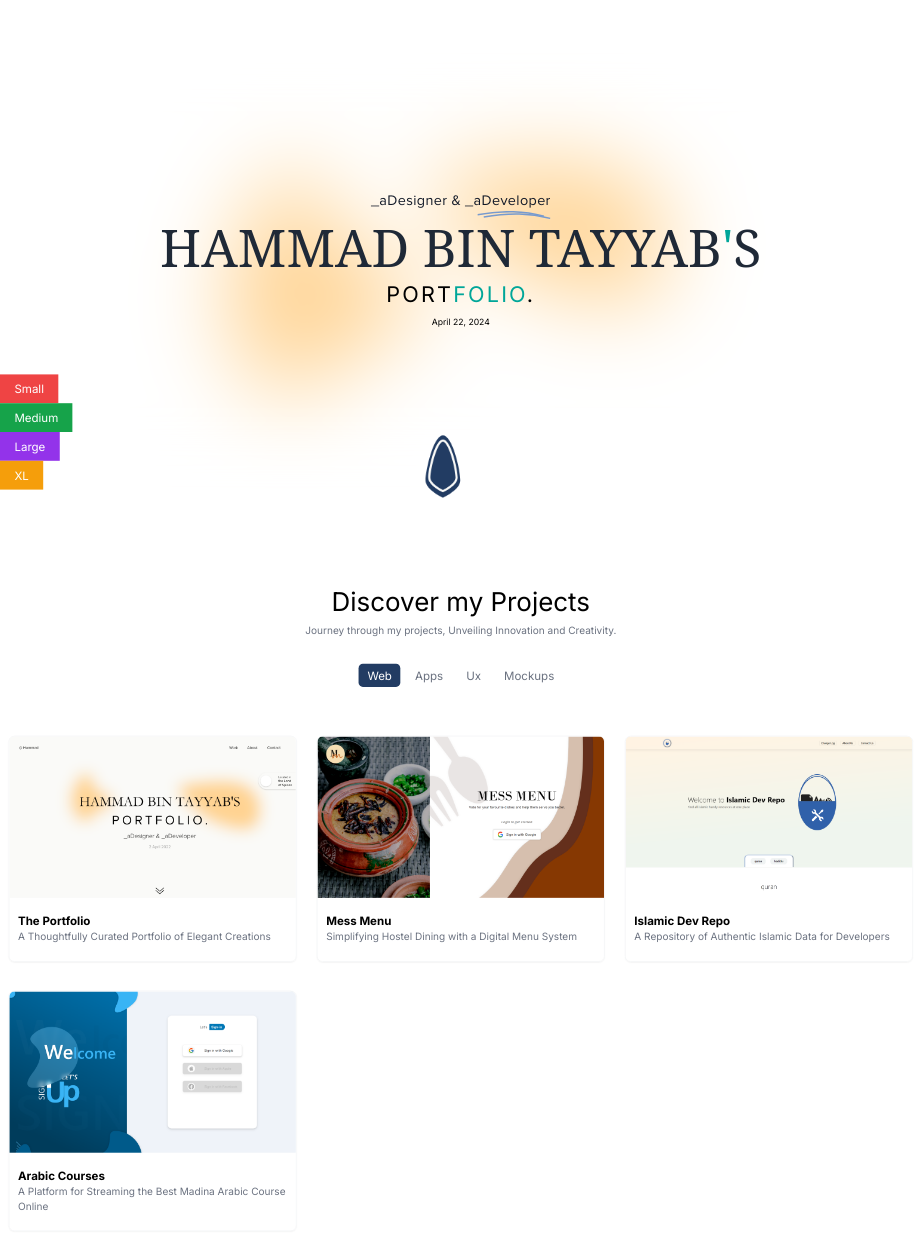
Repository: SpicierEwe/my_portfolio_v2
Page: /
These files come from the project's save history. The page is drawn as it stood at one moment and after the next save; the edit follows.
The browser window is 1280 px wide. The pictures show the whole page, at 72% of full size.
The project was rebuilt for these pictures with package versions that can differ from the ones it lists, and the page was loaded fresh each time. The framework's server and built-in components were replaced by stand-ins that run in the browser. Also part of the build but not shown: next.config.js, core/utils/customIcons.js, core/utils/utils.tsx, core/db/sub_db_data/ux_db.js.

Above is the page before, as saved 2024-04-22 12:44:11.

### app/page.tsx
import DevicePreview from "@/Components/Device_preview/device_preview";
import HeroSection from "@/Components/Hero_section/hero_section";
import WorkSection from "@/Components/Work_section/work_section";
import Image from "next/image";

export default function Home() {
  return (
    <main>
      <div className="absolute z-30 overflow-hidden bottom-0 ">
        <DevicePreview />
      </div>
      <div className="overflow-hidden">
        <HeroSection />
      </div>

      <WorkSection />
    </main>
  );
}

### app/globals.css
@layer base {

  @font-face {
    font-family: 'Garamond';
    src: url('../public/fonts/EBGaramond-VariableFont_wght.ttf');

  }

  @font-face {
    font-family: 'Proxima Nova';
    src: url('../public/fonts/MarkSimonsonProximaNovaRegular.otf');
    font-weight: normal;
    font-style: normal;
  }


  @font-face {
    font-family: "Rage";
    src: url("../public/fonts/rage.ttf");
  }
}

@tailwind base;
@tailwind components;
@tailwind utilities;

:root {
  --foreground-rgb: 0, 0, 0;
  --background-start-rgb: 214, 219, 220;
  --background-end-rgb: 255, 255, 255;

}

@media (prefers-color-scheme: dark) {
  :root {
    --foreground-rgb: 255, 255, 255;
    --background-start-rgb: 0, 0, 0;
    --background-end-rgb: 0, 0, 0;
  }
}

body {

  /* background: #F5F5F5; */
}

### Components/Device_preview/device_preview.tsx
"use client";

import { use, useEffect, useState } from "react";

export default function DevicePreview() {
  return (
    <main className="flex flex-col justify-end ">
      {/* xs */}
      <div className=" text-right ">
        <p className="xs:bg-brand-color w-min text-white px-5 py-2">XS</p>
      </div>
      {/* sm */}
      <div className=" text-right ">
        <p className="sm:bg-red-500 w-min text-white px-5 py-2">Small</p>
      </div>
      {/* md */}
      <div className=" text-right ">
        <p className="md:bg-green-600 w-min px-5 py-2 text-white">Medium</p>
      </div>
      {/* lg */}
      <div className=" text-right ">
        <p className="lg:bg-purple-600 w-min px-5 py-2 text-white">Large</p>
      </div>
      {/* xl */}
      <div className=" text-right ">
        <p className="xl:bg-amber-500 w-min px-5 py-2 text-white">XL</p>
      </div>
      {/* 2xl */}
      <div className=" text-right ">
        <p className="2xl:bg-cyan-600 w-min px-5 py-2 text-white">2XL</p>
      </div>
    </main>
  );
}

### Components/Hero_section/hero_section.tsx
import Image from "next/image";

export default function HeroSection() {
  const devName = "Hammad Bin Tayyab";

  return (
    <section className="w-screen h-dvh overflow-hidden relative">
      <div className="absolute backdrop-blur-2xl lg:backdrop-blur-3xl w-screen h-dvh"></div>
      <div className="absolute inset-0 -z-10 h-dvh items-center w-1/2 m-auto">
        <div className="flex justify-between items-center h-full ">
          <Image
            className="animate-levitate w-96"
            src={"/images/bgs/pattern_1.png"}
            alt="pattern image"
            height={115}
            width={115}
            priority={true}
          />

          <Image
            className="animate-levitate_reverse w-96"
            src={"/images/bgs/pattern_2.png"}
            alt="pattern image"
            height={125}
            width={125}
          />
        </div>
      </div>

      <div className="h-dvh flex flex-col items-center justify-center absolute inset-0">
        <div className="relative mb-3.5">
          <p className="font-custom_sans tracking-wide text-gray-900 text-md lg:text-xl">
            _aDesigner & _aDeveloper
          </p>

          {/* Underline image */}
          <svg
            className="right-0 absolute"
            xmlns="http://www.w3.org/2000/svg"
            width="101.479"
            height="11.258"
          >
            <g
              fill="none"
              stroke="#779ace"
              strokeWidth="2"
              data-name="Group 61"
            >
              <path
                d="M.178 5.277S26.342.564 49.428 1.045A191.867 191.867 0 0 1 92.52 7.201"
                data-name="Path 27"
              />
              <path
                d="M8.864 8.372s26.164-4.713 49.25-4.232a191.867 191.867 0 0 1 43.092 6.156"
                data-name="Path 28"
              />
            </g>
          </svg>
        </div>

        {/* Developer name */}
        <h1 className="font-garmond uppercase text-gray-800 text-3xl sm:text-5xl md:text-6xl xl:text-7xl xs:whitespace-wrap text-center">
          {devName}
          <span className="text-secondary-color">&apos;</span>s
        </h1>
        {/* Title */}
        <p className="uppercase tracking-widest text-2xl mt-2 lg:mt-3 lg:text-3xl">
          Port<span className="text-secondary-color">folio</span>.
        </p>
        {/* Date */}
        <p className="text-xs mt-3 lg:text-xs">{formatDate()}</p>
      </div>
      {/* Pointer image */}
      <Image
        className="absolute w-auto h-auto bottom-2 right-1/2 animate-bounce cursor-pointer"
        src={"/images/pointer.png"}
        height={15}
        width={15}
        alt="next section pointer"
      />
    </section>
  );

  // Date display function
  function formatDate(): string {
    const options: Intl.DateTimeFormatOptions = {
      day: "numeric",
      month: "long",
      year: "numeric",
    };
    return new Date().toLocaleDateString("en-US", options);
  }
}

### Components/Work_section/work_section.tsx
"use client";

import { db } from "../../core/db/db";
import Image from "next/image";
import Link from "next/link";
import { useState } from "react";

export default function WorkSection() {
  const navItems: string[] = Object.keys(db.portfolioItems);
  const [selectedNavItemIndex, setSelectedNavItemIndex] = useState<number>(0);
  return (
    <section className="">
      {/* header */}
      <header className="flex flex-col items-center pt-14 md:pt-24">
        <h2 className="text-center text-2xl md:text-3xl lg:text-4xl">
          Discover my Projects
        </h2>
        <p className="text-center text-sm mt-2.5 text-gray-500">
          Journey through my projects, Unveiling Innovation and Creativity.
        </p>
      </header>
      {/* nav */}
      <nav>
        <ul className="flex justify-center mt-9 gap-2 flex-wrap">
          {navItems.map((item, index) => {
            const isSelected: Boolean = selectedNavItemIndex == index;
            return (
              <li
                className={`${
                  isSelected ? "bg-brand-color" : ""
                } px-3 py-1 rounded-md cursor-pointer`}
                onClick={() => setSelectedNavItemIndex(index)}
                key={index}
              >
                <div
                  className={`${
                    isSelected ? "text-white" : "text-gray-500"
                  } capitalize`}
                >
                  {item}
                </div>
              </li>
            );
          })}
        </ul>
      </nav>

      <main>
        {/* projects */}
        <div className="grid grid-cols-1 sm:grid-cols-2 lg:grid-cols-3 gap-7 mt-14 px-3 py-3 sm:px-14 md:px-24">
          {(db.portfolioItems as any)[navItems[selectedNavItemIndex]].map(
            (item: any, index: number) => {
              const selectedNavItemName: string =
                navItems[selectedNavItemIndex];
              const projectName: string = item["projectName"];
              const imageLink: string = item["imageLink"];
              const tagLine = item["projectTagLine"];
              return (
                <div
                  key={index}
                  className="cursor-pointer shadow-sm rounded-lg overflow-hidden mb-3 border border-gray-100 hover:bg-gray-100 hover:border-gray-300
                  transition transform duration-300 ease-in-out"
                >
                  <Image
                    className="" // Group-based scaling
                    src={imageLink}
                    alt={projectName}
                    height={200}
                    width={200}
                    layout="responsive"
                  />
                  <div className="ml-3 mb-6 mt-5">
                    <p className="font-bold">{projectName}</p>
                    <p className="text-gray-500 text-sm">{tagLine}</p>
                  </div>
                </div>
              );
            }
          )}
        </div>
      </main>
    </section>
  );
}

### core/db/db.js
import { websitesDb } from "./sub_db_data/websites_db";
import { appsDb } from "./sub_db_data/apps_db";
import { uxDb } from "./sub_db_data/ux_db";
import { mockupsDb } from "./sub_db_data/mockups_db";

export const db = {
  portfolioItems: {
    web: websitesDb,
    apps: appsDb,
    ux: uxDb,
    mockups: mockupsDb,
  },
};

### core/db/sub_db_data/websites_db.js
import { embedCustomLinks } from "../../utils/utils";

export const websitesDb = [
  {
    projectName: "The Portfolio",
    projectId: "e2f9658b-f9bb-4d2c-ac8c-113a56d9204f",
    projectTagLine: "A Thoughtfully Curated Portfolio of Elegant Creations",
    link: "https://hammadtayyab.vercel.app/",
    imageLink: "/images/websites/my_portfolio.png",
    info: "This portfolio project showcases a minimalist design, highlighting my work and skills with clarity and finesse. The aim was to provide a seamless user experience and intuitive navigation, creating a comprehensive and sophisticated display of my professional journey.",
    roles: [
      "Data Analyst",
      "Designer",
      "Developer",
      "Maintainer",
      "Product Manager",
      "Tester/Quality Assurance",
      "Researcher",
      "DevOps Engineer",
      "Technical Writer",
      "Project Manager",
    ],
    techStack: [
      "NextJs",
      "React",
      "TypeScript",
      "TailwindCSS",
      "HTML",
      "CSS",
      "JavaScript",
      "Git",
      "Vercel",
    ],
  },
  {
    projectId: "566ec8d6-4d5d-4f22-9580-2c574f7122fb",
    projectName: "Mess Menu",
    projectTagLine: "Simplifying Hostel Dining with a Digital Menu System",
    link: "https://messmenu.vercel.app/",
    imageLink: "/images/websites/mess_menu.png",
    info: "This project streamlines the process of hostel dining by offering a digital menu system for students. Monthly menus are curated through community voting, allowing students to have a say in their dining options. Originating from a friend's final year project, the focus was on user-centric design and functionality, ensuring a seamless experience for all users.",
    roles: [
      "Data Analyst",
      "Designer",
      "Developer",
      "Maintainer",
      "Product Manager",
      "Tester/Quality Assurance",
      "Researcher",
      "DevOps Engineer",
      "Technical Writer",
      "Project Manager",
    ],
    techStack: [
      "NextJs",
      "React",
      "HTML",
      "CSS",
      "JavaScript",
      "Git",
      "Vercel",
      "Firebase",
      "Firebase Auth",
    ],
  },
  {
    projectId: "e3a52953-0a4d-43c3-b874-bd55925f6a7e",
    projectName: "Islamic Dev Repo",
    projectTagLine: "A Repository of Authentic Islamic Data for Developers",
    link: "https://islamic-dev-repo.vercel.app/",
    imageLink: "/images/websites/islamic_dev_repo.png",
    info: "This project offers developers a curated repository of reliable Islamic data that can be seamlessly integrated into various applications. With a focus on authenticity and compatibility across multiple devices, this repository provides a trustworthy source of information for developers working on Islamic-related projects.",
    roles: [
      "Data Analyst",
      "Designer",
      "Developer",
      "Maintainer",
      "Product Manager",
      "Tester/Quality Assurance",
      "Researcher",
      "DevOps Engineer",
      "Technical Writer",
      "Project Manager",
    ],
    techStack: [
      "NextJs",
      "React",
      "HTML",
      "CSS",
      "JavaScript",
      "Git",
      "Vercel",
      "Python",
    ],
  },
  {
    projectId: "87693335-b9d6-434c-8428-5d8266482050",
    projectName: "Arabic Courses",
    projectTagLine:
      "A Platform for Streaming the Best Madina Arabic Course Online",
    link: "https://arabiccourses.vercel.app/",
    imageLink: "/images/websites/arabic_courses.png",
    info: `The goal of this project was to establish an online platform for the popular Madina Arabic course, allowing users to stream videos from the cloud and track their progress. Initially, the videos were only available for download, but this platform offers a more convenient streaming experience. You can learn more about the course at ${embedCustomLinks(
      {
        link: "https://abdurrahman.org/arabic-learning/dvds/",
        title: "AbdurRahman.Org",
      }
    )}. Arabic Courses enhances accessibility and convenience for users, making the learning process smoother and more enjoyable.`,
    roles: [
      "Data Analyst",
      "Designer",
      "Developer",
      "Maintainer",
      "Product Manager",
      "Tester/Quality Assurance",
      "Researcher",
      "DevOps Engineer",
      "Technical Writer",
      "Project Manager",
    ],
    techStack: [
      "NextJs",
      "React",
      "HTML",
      "CSS",
      "JavaScript",
      "Git",
      "Vercel",
      "Firebase",
      "Firebase Auth",
    ],
  },
];

### core/db/sub_db_data/apps_db.js
import { embedCustomLinks } from "../../utils/utils";

export const appsDb = [
  {
    projectId: "38384ae3-5586-40be-b025-c9c3ad1094ef",
    projectName: "al Qur'an",
    projectTagLine: "All about the Qur'an in one app.",

    link: "https://play.google.com/store/apps/details?id=com.spicierewe.al_quran",

    imageLink: "/images/apps/al_quran.png",

    info: `The "al Qur'an" app offers a comprehensive experience of the Qur'an for users around the world. It includes a wide range of translations in various languages, tafseer (exegesis), access to over 49 reciters and translators, and much more. All data is sourced from the reliable platform ${embedCustomLinks(
      { link: "https://quran.com", title: "quran.com" }
    )}.`,

    roles: [
      "Data Analyst",
      "Designer",
      "Developer",
      "Maintainer",
      "Product Manager",
      "Tester/Quality Assurance",
      "Researcher",
      "DevOps Engineer",
      "Technical Writer",
      "Project Manager",
    ],

    techStack: ["Flutter", "Dart", "Git", "Adobe XD"],

    platforms: ["Android"],
  },
  {
    projectId: "1eeb435f-acbd-41e8-b826-440959bb6a57",
    projectName: "Riddle Me",
    projectTagLine: "Riddle Me: Unraveling Minds, One Clue at a Time!",

    link: "https://play.google.com/store/apps/details?id=com.spicierewe.RiddleMe",

    imageLink: "/images/apps/riddle_me.png",

    info: "Riddle Me is an engaging and challenging game designed to test your intelligence and problem-solving skills. This game stimulates creative thinking and encourages you to approach problems from different perspectives.",

    roles: [
      "Data Analyst",
      "Designer",
      "Developer",
      "Maintainer",
      "Product Manager",
      "Tester/Quality Assurance",
      "Researcher",
      "DevOps Engineer",
      "Technical Writer",
      "Project Manager",
    ],

    techStack: ["Flutter", "Dart", "Git", "Adobe XD"],

    platforms: ["Android"],
  },
  {
    projectId: "2ae7005c-16e2-4fe5-b7b0-20f5f826321e",
    projectName: "Food Deals",
    projectTagLine: "Find the best food deals at your fingertips.",

    link: "https://play.google.com/store/apps/details?id=com.spicierewe.food_deals",

    imageLink: "/images/apps/food_deals.png",

    info: "Food Deals is an app that helps users discover the best offers and discounts on their favorite food delivery services. Save money and enjoy your favorite meals by comparing prices across different platforms.",

    roles: [
      "Data Analyst",
      "Designer",
      "Developer",
      "Maintainer",
      "Product Manager",
      "Tester/Quality Assurance",
      "Researcher",
      "DevOps Engineer",
      "Technical Writer",
      "Project Manager",
    ],

    techStack: ["Flutter", "Dart", "Git", "Adobe XD"],

    platforms: ["Android"],
  },
  {
    projectId: "627de94f-59b4-4f85-bcf4-df6fbf22714e",
    projectName: "Hadith Collection",
    projectTagLine: "Access authentic hadiths of the Prophet Muhammad (pbuh).",

    link: "https://play.google.com/store/apps/details?id=com.spicierewe.ahadith_collection",

    imageLink: "/images/apps/ahadith_collection.png",

    info: `The "Hadith Collection" app provides a comprehensive and authentic collection of hadiths of the Prophet Muhammad (pbuh). It includes data from various reputable sources such as ${embedCustomLinks(
      { link: "https://sunnah.com", title: "sunnah.com" }
    )} for Arabic and English, and ${embedCustomLinks({
      link: "https://github.com/pakjiddat/islam-companion-web-api",
      title: "islam-companion-web-api",
    })} for Urdu data.`,

    roles: [
      "Data Analyst",
      "Designer",
      "Developer",
      "Maintainer",
      "Product Manager",
      "Tester/Quality Assurance",
      "Researcher",
      "DevOps Engineer",
      "Technical Writer",
      "Project Manager",
    ],

    techStack: ["Flutter", "Dart", "Git", "Adobe XD"],

    platforms: ["Android"],
  },
  {
    projectId: "7468bdef-5b24-454e-ae99-dd0a558441d7",
    projectName: "Study Practice",
    projectTagLine: "Practice makes perfect.",

    link: "https://play.google.com/store/apps/details?id=com.spicierewe.study_practice",

    imageLink: "/images/apps/study_practice.png",

    info: "Study Practice is a study companion app designed to help students prepare for competitive exams such as NEET and JEE. The app offers past exam questions, mock tests, and real-time progress tracking along with official study material.",

    roles: [
      "Data Analyst",
      "Designer",
      "Developer",
      "Maintainer",
      "Product Manager",
      "Tester/Quality Assurance",
      "Researcher",
      "DevOps Engineer",
      "Technical Writer",
      "Project Manager",
    ],

    techStack: ["Flutter", "Dart", "Git", "Adobe XD"],

    platforms: ["Android"],
  },
];

### core/db/sub_db_data/mockups_db.js
export const mockupsDb = [
  {
    phone_mockup_links: [],
    other_mockup_links: [
      "/images/mockups/eat_healthy_mockup.svg",
      "/images/mockups/bot_mockup_theme_light.svg",
      "/images/mockups/bot_mockup_theme_dark.svg",
      "/images/mockups/the_perfume_lab_price_list.png",
      "/images/mockups/noraty_business_hero_section.svg",
      "/images/mockups/gr_showcase.png",
      "/images/mockups/just_moved_showcase.png",
      "/images/mockups/archer_product_design.png",
      "/images/mockups/the_connection_poster.png",
      "/images/mockups/social_flow_flyer.png",
      "/images/mockups/LVD_roll_up_banner.png",
      "/images/mockups/ATS_flyer.png",
    ],
  },
];

### tailwind.config.js
const { reverse } = require("dns");
const defaultTheme = require("tailwindcss/defaultTheme");

/** @type {import('tailwindcss').Config} */
module.exports = {
  content: [
    "./pages/**/*.{js,ts,jsx,tsx,mdx}",
    "./components/**/*.{js,ts,jsx,tsx,mdx}",
    "./app/**/*.{js,ts,jsx,tsx,mdx}",
    "./core/**/*.{js,ts,jsx,tsx,mdx}",
  ],
  theme: {
    extend: {
      screens: { xs: { max: "640px" } },

      maxWidth: {
        "120rem": "120rem",
      },

      backgroundImage: {
        "gradient-radial": "radial-gradient(var(--tw-gradient-stops))",
        "gradient-conic":
          "conic-gradient(from 180deg at 50% 50%, var(--tw-gradient-stops))",
      },

      colors: {
        "brand-color": "#223c63",
        "primary-color": "#ffffff",
        "secondary-color": "#00A699",
        "accent-color": "#779ace",
      },

      keyframes: {
        wiggle: {
          "0%, 100%": { transform: "rotate(-3deg)" },
          "50%": { transform: "rotate(3deg)" },
        },

        levitate: {
          "0%": { transform: "translateY(50px)" },
          "50%": { transform: "translateY(-30px)  scale(1.1)" },
          "100%": { transform: "translateY(50px)" },
        },
        levitate_reverse: {
          "0%": { transform: "translateY(-90px)" },
          "50%": { transform: "translateY(30px)  scale(1.1)" },
          "100%": { transform: "translateY(-90px)" },
        },
      },

      animation: {
        "spin-slow": "spin 3s linear infinite",
        wiggle: "wiggle 1s ease-in-out infinite",
        levitate: "levitate 5s ease-in-out infinite",
        levitate_reverse: "levitate_reverse 5s ease-in-out infinite reverse",
      },

      fontFamily: {
        garmond: ["Garmond", ...defaultTheme.fontFamily.serif],
        custom_sans: ["Proxima Nova", ...defaultTheme.fontFamily.sans],
      },

      height: {
        dvh: "100dvh",
      },
    },
  },

  variants: {
    backgroundColor: ["responsive", "hover", "focus", "active"],
  },

  plugins: [],
};

Loaded but not shown: app/layout.tsx (common file)

After the next save:
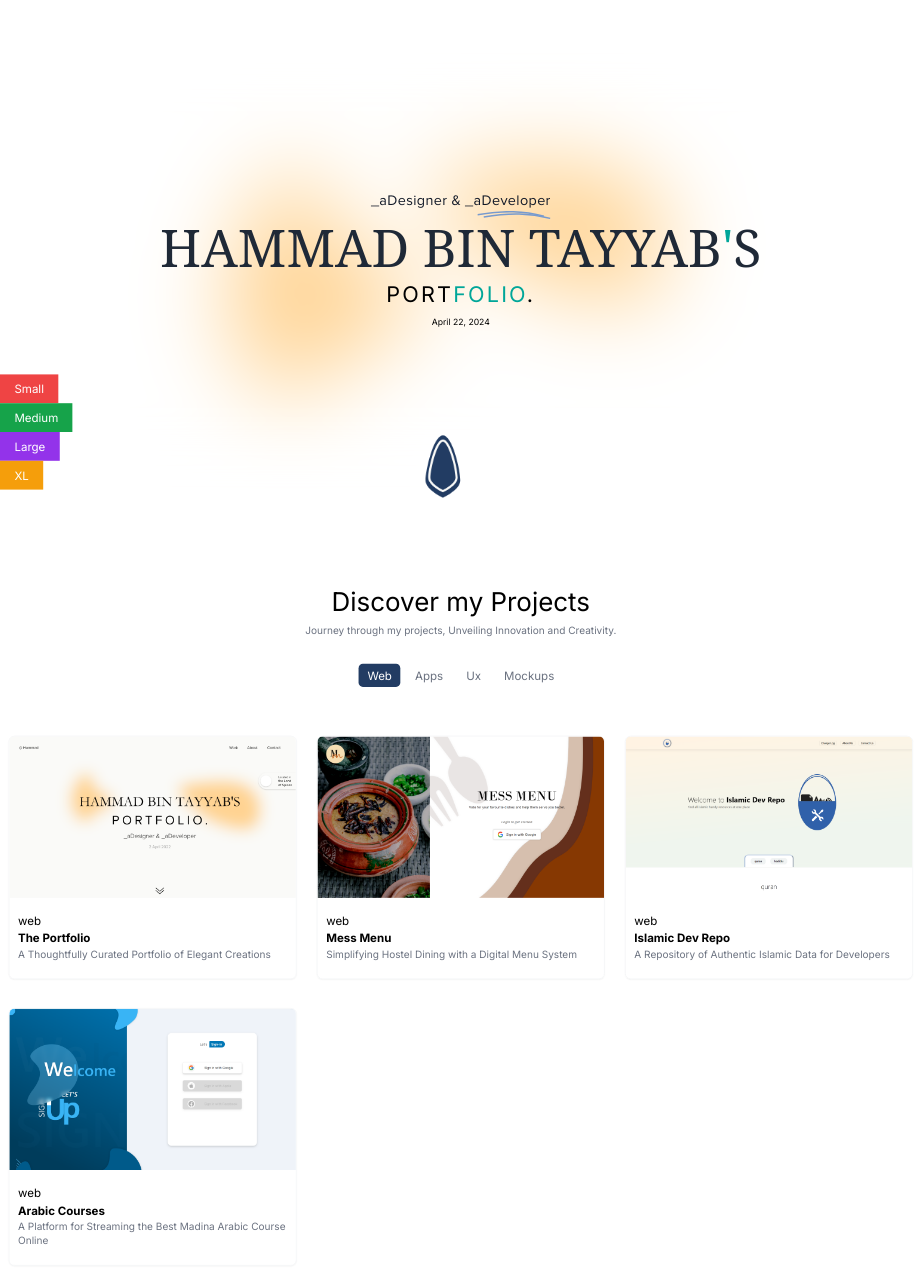
Saved 11 s later.
--- a/Components/Work_section/work_section.tsx
+++ b/Components/Work_section/work_section.tsx
@@ -70,6 +70,7 @@ export default function WorkSection() {
                     layout="responsive"
                   />
                   <div className="ml-3 mb-6 mt-5">
+                    <p> {selectedNavItemName}</p>
                     <p className="font-bold">{projectName}</p>
                     <p className="text-gray-500 text-sm">{tagLine}</p>
                   </div>
